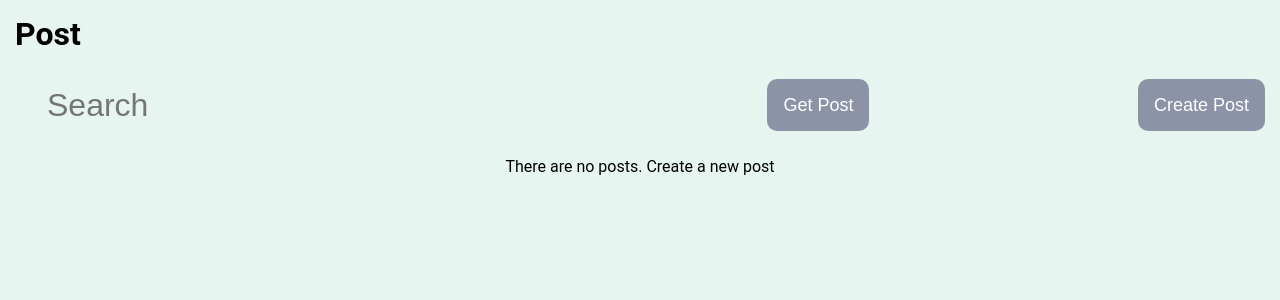
Repository: Axeliriya/vue-todo
Page: /
These files come from the project's save history. The page is drawn as it stood at one moment and after the next save; the edit follows.
The browser window is 1280 px wide. The pictures show the whole page.
The page's requests for data from a server got no answer. The project was rebuilt for these pictures with package versions that can differ from the ones it lists, and the page was loaded fresh each time. No one was signed in, and anything a server would have sent is missing. Also part of the build but not shown: vue.config.js, src/components/PostItem.vue, src/components/PostForm.vue.

Above is the page before, as saved 2022-04-02 11:39:14.

After the next save:
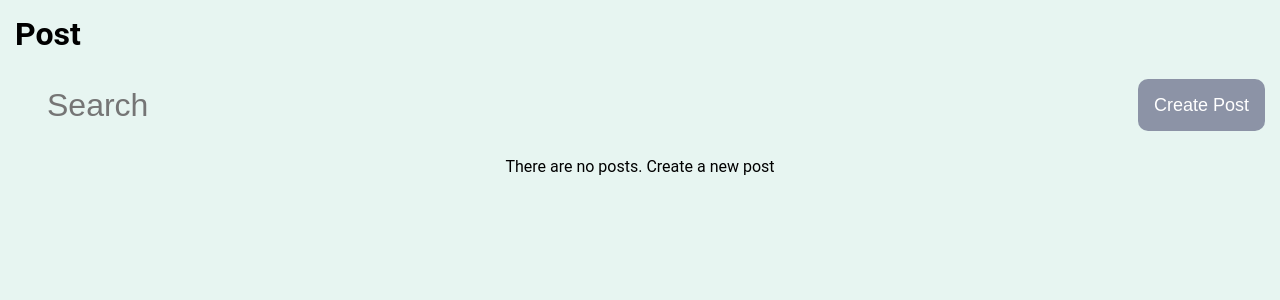
Saved 43 s later.
--- a/src/App.vue
+++ b/src/App.vue
@@ -4,7 +4,7 @@
       <h1 class="title">Post</h1>
       <div class="head">
         <custom-input placeholder="Search" />
-        <custom-btn @click="fetchPosts">Get Post</custom-btn>
+        <custom-select />
         <custom-btn @click="showModal">Create Post</custom-btn>
       </div>
     </header>
